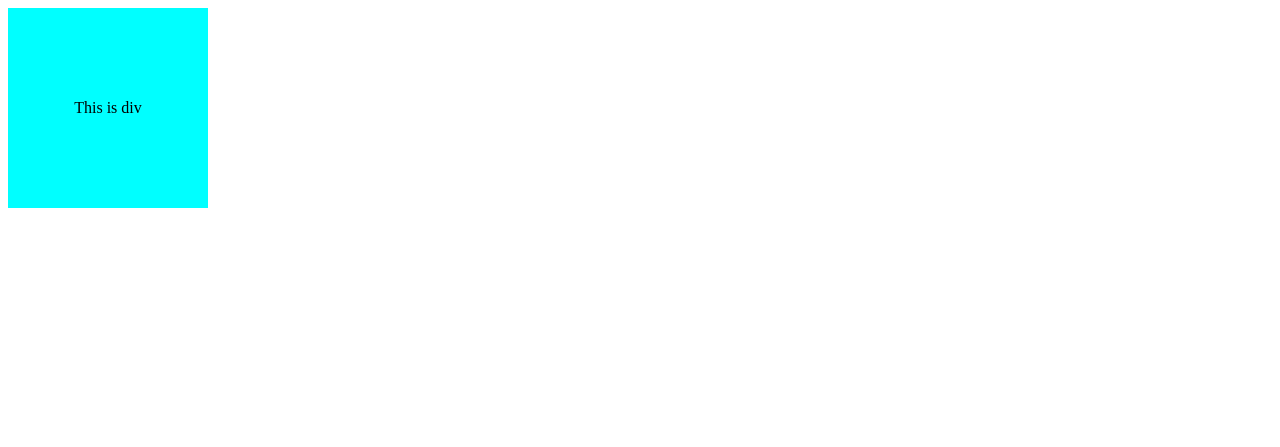
Repository: rakeshkolpepatil/CSS_Apana_College
Page: index.html
These files come from the project's save history. The page is drawn as it stood at one moment and after the next save; the edit follows.
The browser window is 1280 px wide. The pictures show the whole page.

Above is the page before, as saved 2023-06-26 12:55:35.

### index.html
<!DOCTYPE html>
<html lang="en">
<head>
  <meta charset="UTF-8">
  <meta name="viewport" content="width=device-width, initial-scale=1.0">
  <title>Transitions</title>
  <link rel="stylesheet" href="transition.css" />
</head>
<body>
  <div>
    This is div
  </div>
</body>
</html>

### transition.css
div{
  width: 200px;
  height: 200px;
  background-color:aqua;
  display: flex;
  text-align: center;
  align-items: center;
  justify-content: center;
  /* transition-property: all;
  transition-duration: 2s;
  transition-timing-function: ease-out;
  transition-delay: 1s; */
  transition: all 2s ease-in-out 1s;
  /* transition-timing-function: ease-in; */
  /* transition-timing-function: cubic; */
  /* transition-timing-function: steps(5); */
  /* line-height: normal; */
  /* vertical-align: middle; */
  /* padding: 50px 0; */
}
div:hover{
  background-color:blueviolet;
  color: white;
  width: 600px;
}

After the next save:
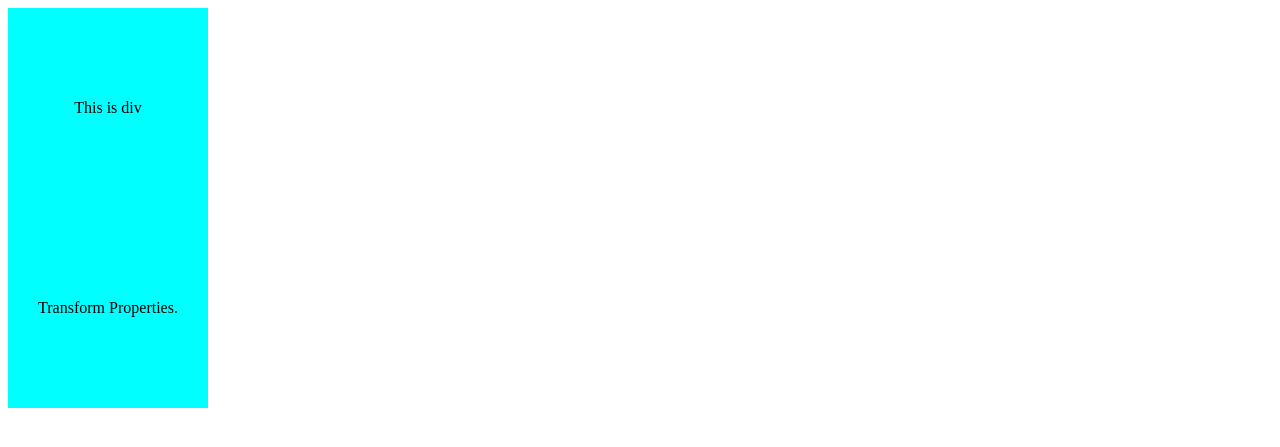
Saved 70 s later.
--- a/index.html
+++ b/index.html
@@ -10,5 +10,8 @@
   <div>
     This is div
   </div>
+  <div id="transfromDiv">
+    Transform Properties.
+  </div>
 </body>
 </html>
